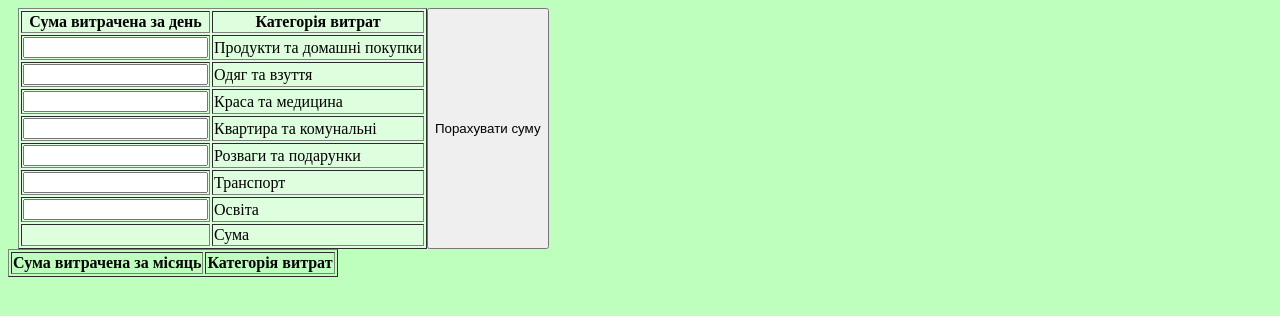
Repository: alexandrastarovoyda-star/Planer2
Page: index.html
An editor plug-in stored every save of this project. The page is shown before and after the next save, followed by the edit.
The browser window is 1280 px wide. The pictures show the whole page.

Above is the page before, as saved 2026-03-25 21:59:14.

After the next save:
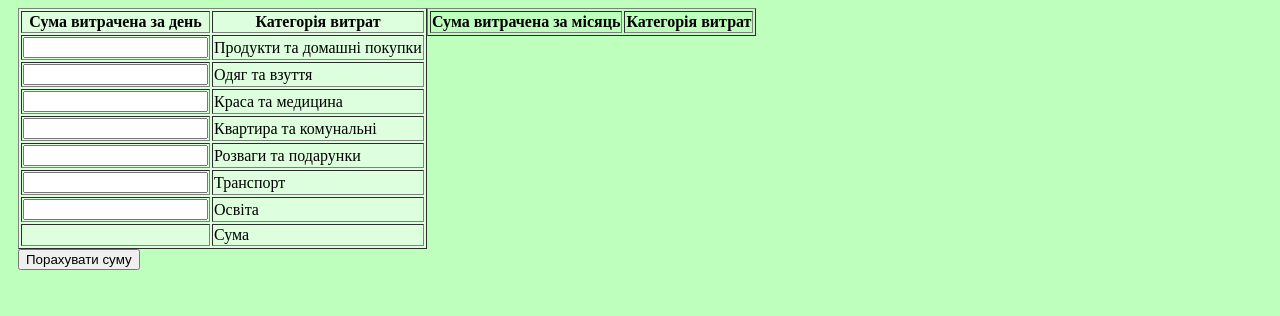
Saved 24 s later.
--- a/index.html
+++ b/index.html
@@ -7,8 +7,8 @@
             <link rel="stylesheet" href="css/index.css">
     </head>
     <body>
-        <div>
-            <div class="table_ghorisontal">
+        <div class="table_ghorisontal">
+            <div>
             <table border="1" class="table_calculator" id="day_spend_table">
                 <tr>
                     <th>Сума витрачена за день</th>
